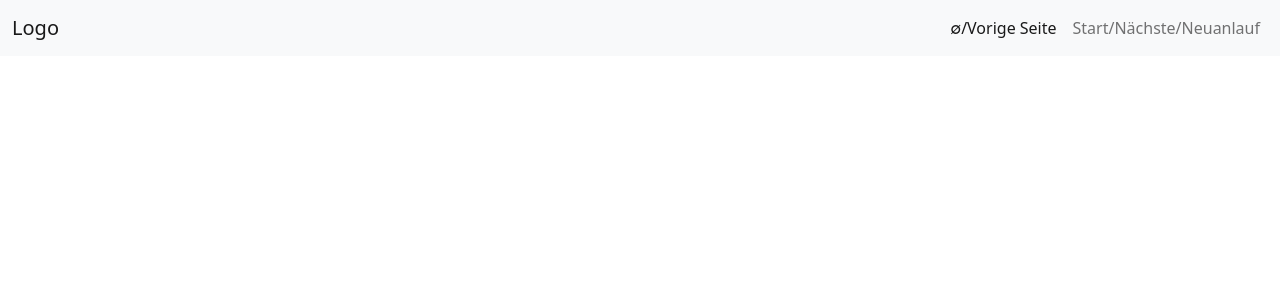
Repository: stephane71183101/Stephane-Personal-Health-Survey
Page: http://localhost/form-q01-start-page.php
These files come from the project's save history. The page is drawn as it stood at one moment and after the next save; the edit follows.
The browser window is 1280 px wide. The pictures show the whole page.
The page is run by PHP 8.4 with error messages shown; the project is at /var/www/html/.

Above is the page before, as saved 2022-03-15 14:19:57.

After the next save:
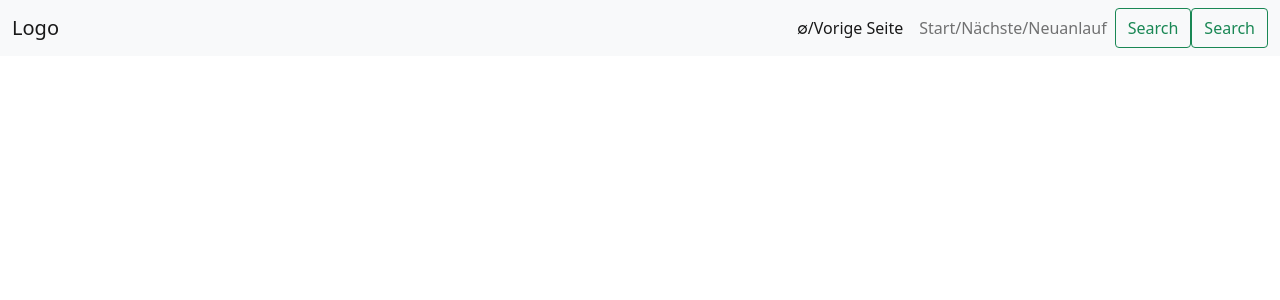
Saved 2 min 4 s later.
--- a/form-q01-start-page.php
+++ b/form-q01-start-page.php
@@ -22,6 +22,10 @@
           <a class="nav-link" href="#">Start/Nächste/Neuanlauf</a>
         </li>
       </ul>
+      <form class="d-flex">
+      <button class="btn btn-outline-success" type="submit">Search</button>
+      <button class="btn btn-outline-success" type="submit">Search</button>
+    </form>
     </div>
   </div>
 </nav>
